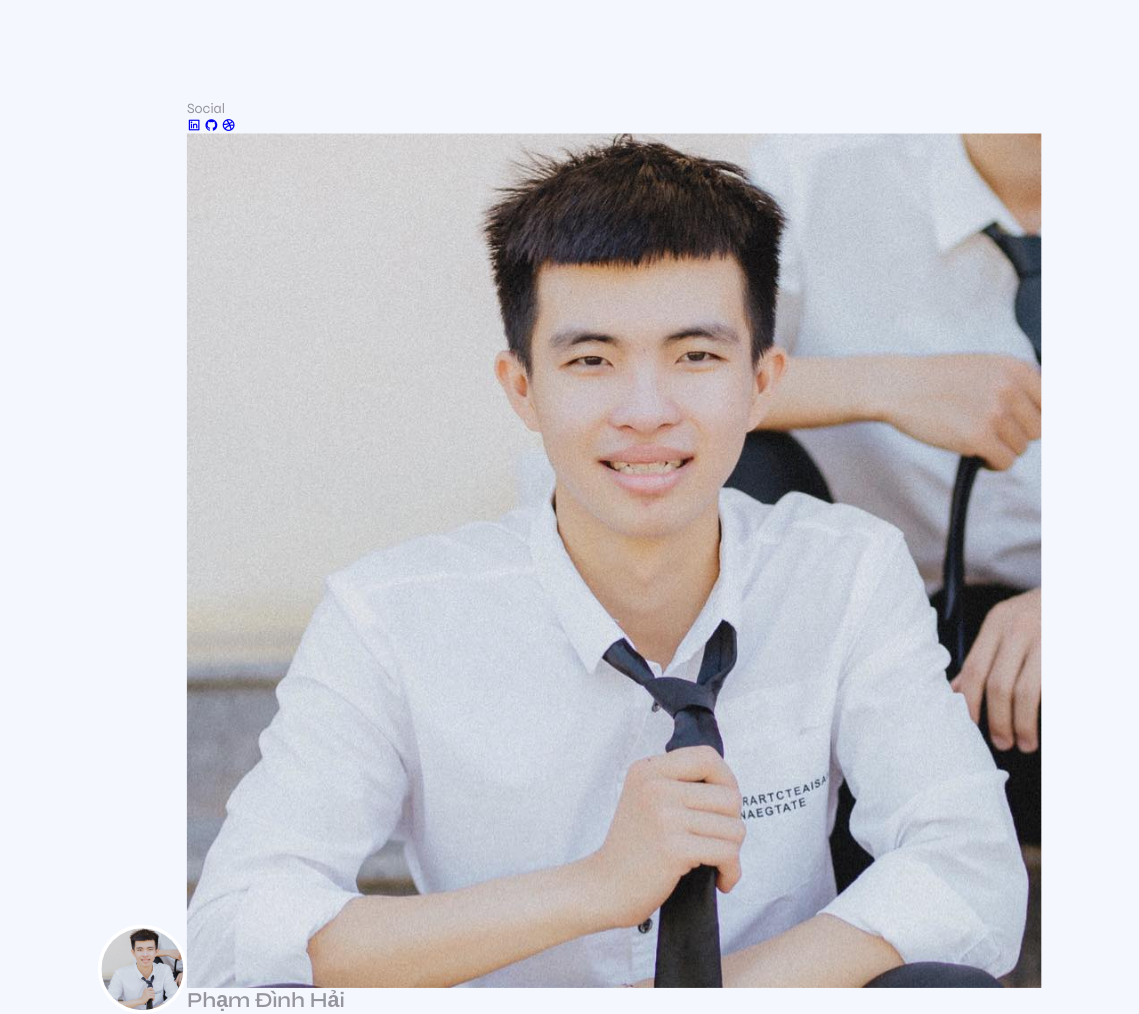
Repository: dinhhaidh/Profile
Page: index.html
An editor plug-in stored every save of this project. The page is shown before and after the next save, followed by the edit.
The browser window is 1280 px wide. The pictures show the whole page, at 89% of full size.
Some web libraries are served in a nearby version.

Above is the page before, as saved 2024-02-29 09:01:37.

After the next save:
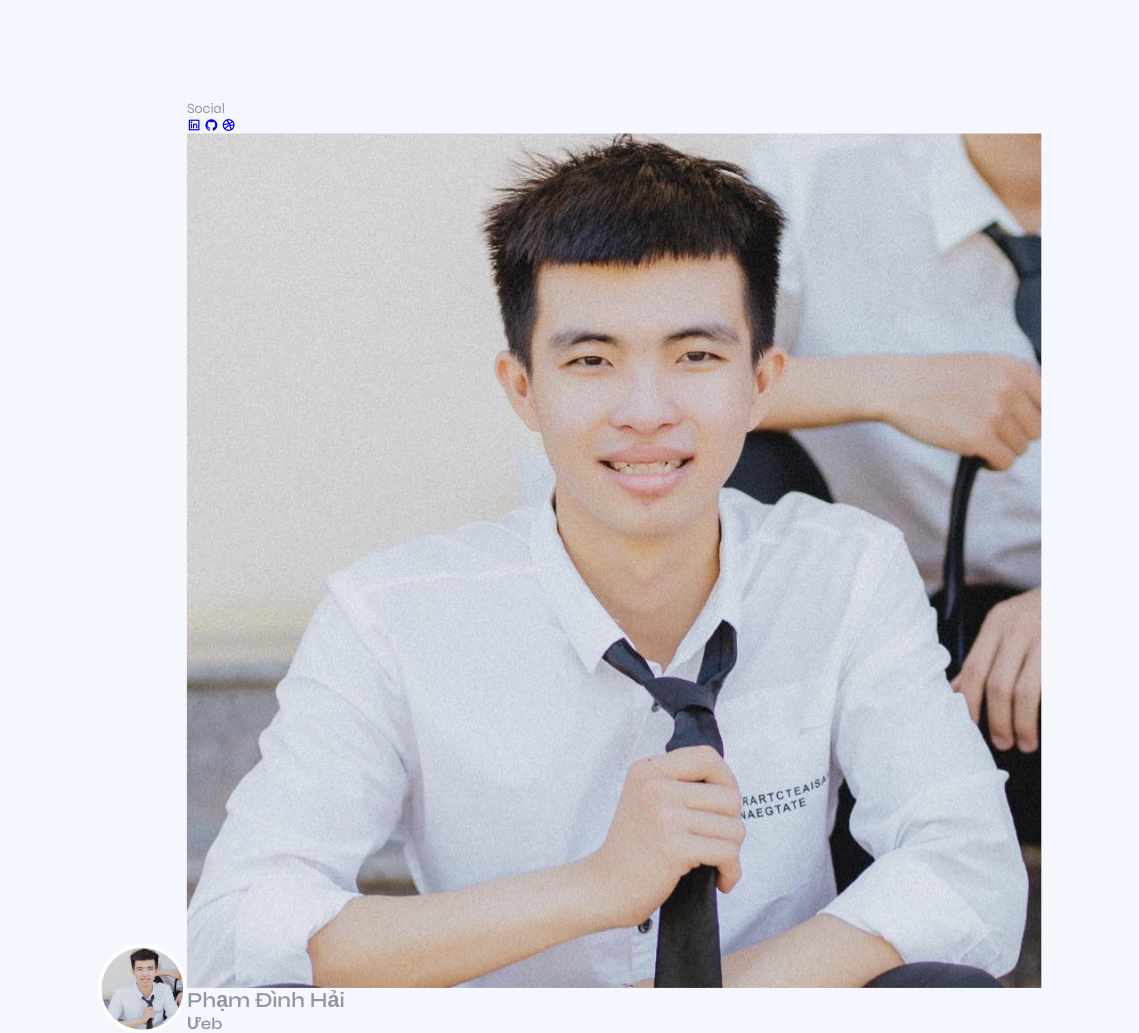
Saved 6 s later.
--- a/index.html
+++ b/index.html
@@ -50,7 +50,7 @@
                             </span>
                         </div>
                         <h2 class="card__name">Phạm Đình Hải</h2>
-                        <h3 class="card__profession"></h3>
+                        <h3 class="card__profession">Ưeb</h3>
 
                         <a href="" class="card__button"></a>
                     </div>
